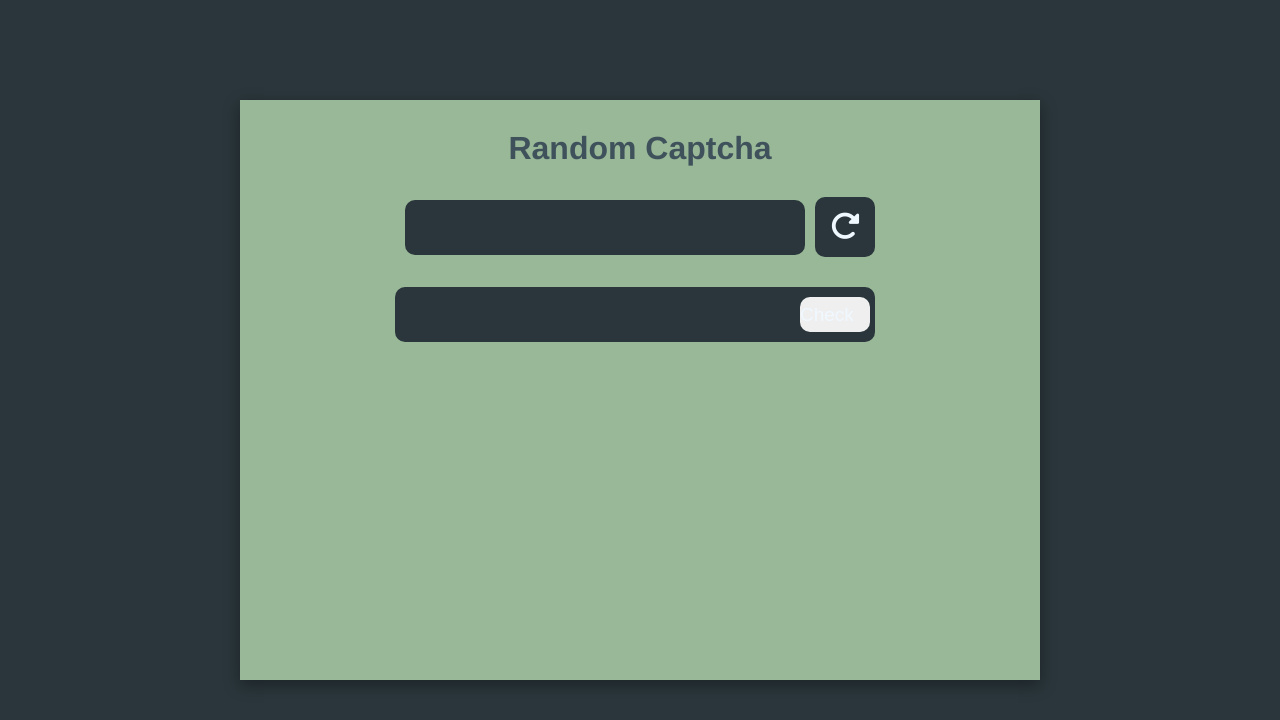
Repository: Aditya0377/Assignments
Page: Assignment/javascript practise/captcha.html
The author's editor kept a copy of each file at every save. The page is drawn from the files as they stood at one save, then again after the next save.
The browser window is 1280 px wide. The pictures show the whole page.
Some web libraries are served in a nearby version.

Above is the page before, as saved 2024-03-29 16:30:08.

### Assignment/javascript practise/captcha.html
<!DOCTYPE html>
<html lang="en">

<head>
    <meta charset="UTF-8">
    <meta name="viewport" content="width=device-width, initial-scale=1.0">
    <title>Captcha Generator</title>
    <style>
        * {
            margin: 0px;
            padding: 0px;
        }

        body {
            display: flex;
            justify-content: center;
            align-items: center;
            background-color: #2a363b;
        }

        .container {
            margin-top: 100px;
            width: 800px;
            height: 580px;
            background-color: #99b898;
            box-shadow: rgba(0, 0, 0, 0.35) 0px 5px 15px;
            display: flex;
            flex-direction: column;
            align-items: center;

        }

        .head {
            margin-top: 30px;
            color: #3f525b;
            font-family: 'Franklin Gothic Medium', 'Arial Narrow', Arial, sans-serif;
        }

        .outputc {
            display: flex;
            justify-content: center;
            align-items: center;
        }

        .output {
            margin-top: 30px;
            width: 400px;
            height: 55px;
            border-radius: 10px;
            background-color: #2a363b;
            font-size: 30px;
            color: #ff847c;
        }

        #reset {
            width: 60px;
            height: 60px;
            margin-top: 30px;
            margin-left: 10px;
            font-size: 30px;
            border: none;
            border-radius: 10px;
            background-color: #2a363b;
            color: aliceblue;
        }

        #reset:hover {
            cursor: pointer;
        }

        #input {
            margin-top: 30px;
            width: 470px;
            height: 55px;
            border-radius: 10px;
            background-color: #2a363b;
            border: none;
            outline: none;
            padding-left: 10px;
            font-size: 30px;
            color: #ff847c;
            transform: translateX(35px);
        }

        #check {
            width: 70px;
            height: 35px;
            padding-right: 20px;
            margin-top: 30px;
            margin-left: 10px;
            font-size: 19px;
            border: none;
            border-radius: 10px;
            background-color: ;
            color: aliceblue;
            transform: translateX(-50px);
        }
    </style>
    <script src="https://kit.fontawesome.com/edd85780d6.js" crossorigin="anonymous"></script>
</head>

<body>
    <div class="container">
        <div class="head">
            <h1>Random Captcha</h1>
        </div>
        <div class="outputc">
            <div class="output" id="soutput"></div>
            <button id="reset"><i class="fa-solid fa-rotate-right"></i></button>
        </div>
        <div class="outputc">
            <input type="text" id="input">
            <button id="check">Check</button>
        </div>
        <p id="info"></p>
    </div>





    <script>

    </script>
</body>

</html>

After the next save:
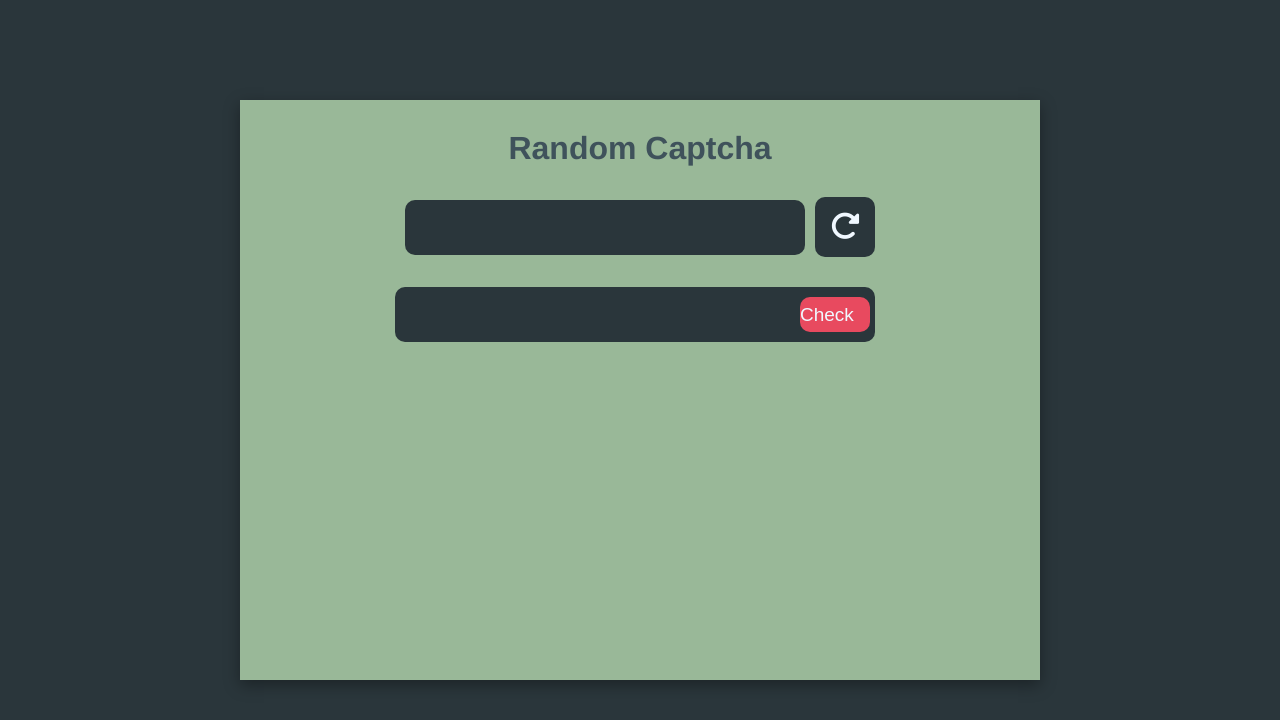
Saved 13 s later.
--- a/Assignment/javascript practise/captcha.html
+++ b/Assignment/javascript practise/captcha.html
@@ -91,7 +91,7 @@
             font-size: 19px;
             border: none;
             border-radius: 10px;
-            background-color: ;
+            background-color: #e84a5f;
             color: aliceblue;
             transform: translateX(-50px);
         }
